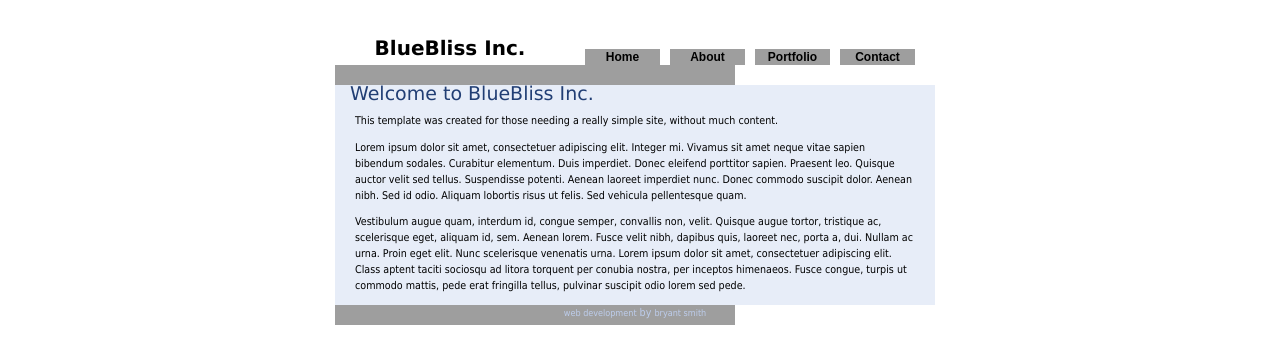
Repository: Scoofster/SWE-Flying-start-bio-website
Page: public/index.html
An editor plug-in stored every save of this project. The page is shown before and after the next save, followed by the edit.
The browser window is 1280 px wide. The pictures show the whole page.
Pictures or frames that could not be fetched are drawn as grey boxes.

Above is the page before, as saved 2022-06-16 11:38:02.

### public/index.html
<!--
You may use this in any way, on any site, all we ask is that you please keep the link(s) crediting the author.   Though this is not mandatory, it is certainly appreciated.
 -->

<!DOCTYPE html PUBLIC "-//W3C//DTD XHTML 1.0 Strict//EN" "http://www.w3.org/TR/xhtml1/DTD/xhtml1-strict.dtd">
<html xmlns="http://www.w3.org/1999/xhtml" xml:lang="en" lang="en">
<head>
	<title>Blue Bliss by Bryant Smith</title>
	<meta http-equiv="content-type" content="text/html;charset=utf-8" />
	<link rel="stylesheet" type="text/css" href="bluebliss.css" />
</head>
<body>
<div id="mainContentArea">
	<div id="contentBox">
        <div id="title">BlueBliss Inc.</div>

        <div id="linkGroup">
            <div class="link"><a href="index.html">Home</a></div>
            <div class="link"><a href="index.html">About</a></div>
            <div class="link"><a href="index.html">Portfolio</a></div>
            <div class="link"><a href="index.html">Contact</a></div>
        </div>

        <div id="blueBox">
          <div id="header"></div>
          <div class="contentTitle">Welcome to BlueBliss Inc.</div>
            <div class="pageContent">
              <p>This template was created for those needing a really simple site, without much content.</p>
              <p>Lorem ipsum dolor sit amet, consectetuer adipiscing elit. Integer mi. Vivamus sit amet neque vitae sapien bibendum sodales. Curabitur elementum. Duis imperdiet. Donec eleifend porttitor sapien. Praesent leo. Quisque auctor velit sed tellus. Suspendisse potenti. Aenean laoreet imperdiet nunc. Donec commodo suscipit dolor. Aenean nibh. Sed id odio. Aliquam lobortis risus ut felis. Sed vehicula pellentesque quam.</p>
              <p>Vestibulum augue quam, interdum id, congue semper, convallis non, velit. Quisque augue tortor, tristique ac, scelerisque eget, aliquam id, sem. Aenean lorem. Fusce velit nibh, dapibus quis, laoreet nec, porta a, dui. Nullam ac urna. Proin eget elit. Nunc scelerisque venenatis urna. Lorem ipsum dolor sit amet, consectetuer adipiscing elit. Class aptent taciti sociosqu ad litora torquent per conubia nostra, per inceptos himenaeos. Fusce congue, turpis ut commodo mattis, pede erat fringilla tellus, pulvinar suscipit odio lorem sed pede.</p>
            </div>
            <div id="footer"><a href="http://www.aszx.net">web development</a> by <a href="http://www.bryantsmith.com">bryant smith</a></div>
        </div>
	</div>
</div>
</body>
</html>

### public/bluebliss.css
html
{
  overflow: hidden;
  height: 99%;
}

body
{
  background: 000000;
  height: 99%;
  margin: 0;
  padding: 0;
  line-height: 150%;
  text-align: center;
}

*
{
  font-size: 8pt;
  font-family: Tahoma, Verdana, sans-serif;
  color: #000000;
  text-align: left;
}



/* === Containers === */



#mainContentArea
{
  margin: 0 auto 0 auto;
  display: table;
  height: 100%;
  position: relative;
  overflow: hidden;
  width: 600px;
}


.link,.linkActive
{
width:75px;
margin-right:10px;
float: left;
margin-top:24px;
text-align:center;
font-family:Georgia, "Times New Roman", Times, serif;
background-image:url(tab.gif);
position:relative; bottom:0px;
}

.link:hover
{
background-image:url(tab2.gif);
}

a
{
text-decoration:none;
}

.link a{
font-family:Arial, Helvetica, sans-serif;
font-size:12px;
font-weight:bold;
}

#linkGroup
{
margin-right:10px;
height:40px;
width:600px;
}

#title
{
width:230px;
height:40px;
margin-right:20px;
margin-top:15px;
font-family:Verdana, Arial, Helvetica, sans-serif;
font-size:20px;
font-weight:bold;
text-align:center;
float:left;
}

.contentTitle
{
font-family:Verdana, Arial, Helvetica, sans-serif;
color:#213E74;
font-size:19px;
margin-left:15px;
margin-right:12px;
margin-bottom:12px;
width:573px;
}

.pageContent
{
font-family: Arial, Helvetica, sans-serif;
color:#000000;
font-size:12px;
margin-left:20px;
margin-right:20px;
width:560px;
}


#blueBox
{
	position: absolute;
	vertical-align: middle;
	background-color:#E7EDF8;
	width:600px;
	clear:both;
}

#header
{
width:600px;
height:20px;
background-color:#FFFFFF;
background-image:url(header.gif);
background-repeat:no-repeat;
}

#footer
{
width:600px;
height:20px;
background-color:#FFFFFF;
background-image:url(footer.gif);
background-repeat:no-repeat;
text-align:center;
padding-right:10px;
color:#BDCDEC;
}
#footer a
{
font-size:9px;
color:#BDCDEC;
}

#contentBox
{
margin-top:25px;
}



html, body {
text-align: center;
}
p {text-align: left;}

After the next save:
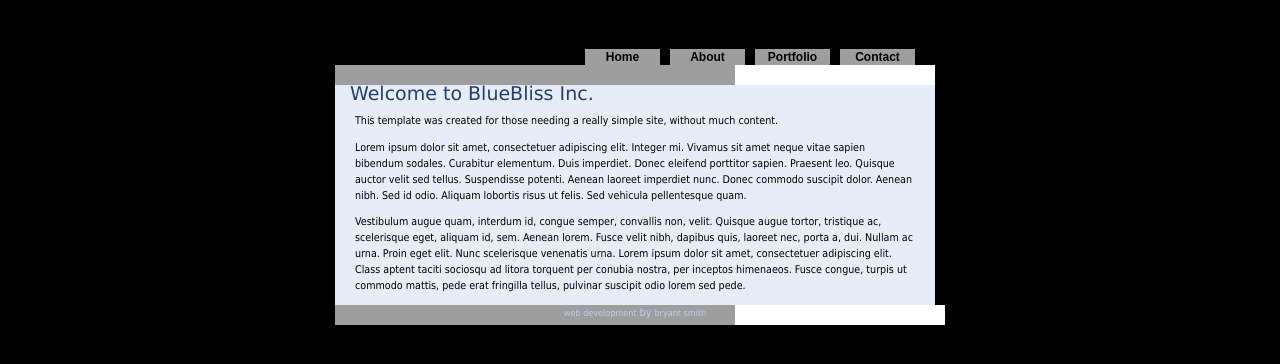
Saved 10 s later.
--- a/public/bluebliss.css
+++ b/public/bluebliss.css
@@ -6,7 +6,7 @@
 
 body
 {
-  background: 000000;
+  background: #000000;
   height: 99%;
   margin: 0;
   padding: 0;

After the save that followed:
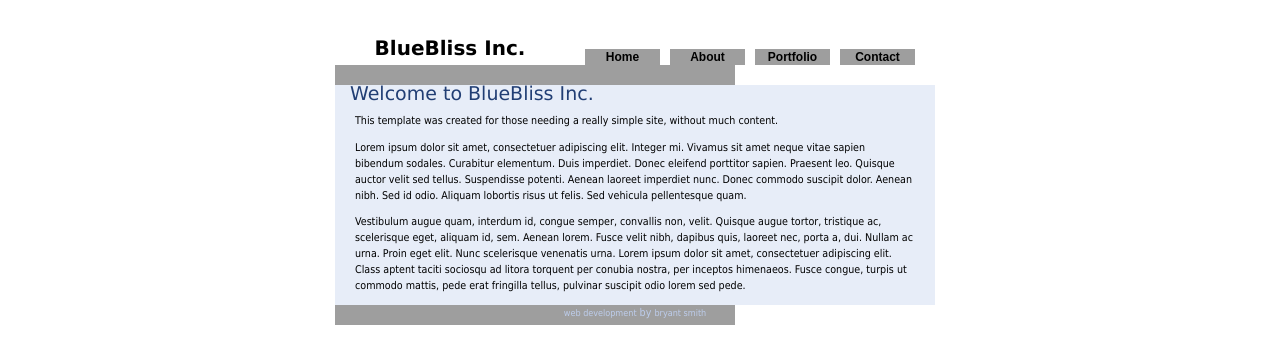
Saved 11 s later.
--- a/public/bluebliss.css
+++ b/public/bluebliss.css
@@ -6,7 +6,6 @@
 
 body
 {
-  background: #000000;
   height: 99%;
   margin: 0;
   padding: 0;
